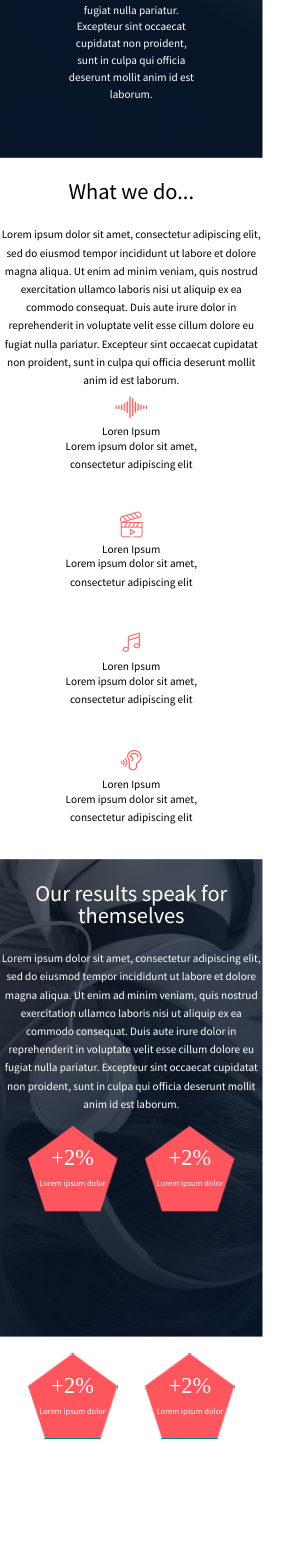
Repository: seleniadelgado/holbertonschool-web_front_end
Page: 0x09-implement_a_design_from_scratch/2-index.html
The author's editor kept a copy of each file at every save. The page is drawn from the files as they stood at one save, then again after the next save.
The browser window is 375 px wide. The page is 434 px wide, so the pictures cover 434 px, including what lies to the right of the window. The pictures show the part of the page from y = 928 to 3168 px (the page is 3168 px tall), at 70% of full size.

Above is the page before, as saved 2020-03-23 14:13:09.

### 0x09-implement_a_design_from_scratch/2-index.html
<!DOCTYPE <!DOCTYPE html>
<head>
    <meta charset="utf-8">
    <title>Headphones</title>
    <meta name="description" content="">
    <meta name="viewport" content="width=device-width, initial-scale=1">
    <link rel="stylesheet" href="2-styles.css">
    <link rel="stylesheet" href="reset.css">
    <link rel="stylesheet" href="./holberton_school-icon/style.css">
    <link href="https://fonts.googleapis.com/css?family=Source+Sans+Pro&display=swap" rel="stylesheet">
</head>
<body>
<!-- nav bar -->
    <header>
        <div class="firstdiv">
            <nav>
                <input type="checkbox" id="menu">
                <label for="menu" id="nav-icon"></label>
                <div class="logo"><img href="active" href="#home"><img src="./images/logo_headphones.png" alt="logo"></a></div>
                <div class="main-nav">
                    <ul class="nav-header">
                        <li><a href="#what-we-do">what we do</a></li>
                        <li><a href="#our-results">our results</a></li>
                        <li><a href="#contact-us">contact us</a></li>
                    </ul>
                </div>
            </nav>
        </div>
<!-- Content -->
        <div class="seconddiv">
            <div class="text">
                <h1>Lorem ipsum dolor sit amet, consectetur adipiscing elit.</h1>
                <p>Lorem ipsum dolor sit amet, consectetur adipiscing elit, </p>
            </div>
        </div>
        <div class="thirddiv">
        <button id="button">CALL TO ACTION</button>
        <p class="longParagraph">Lorem ipsum dolor sit amet, consectetur adipiscing elit, sed do eiusmod tempor incididunt ut labore et dolore magna aliqua.
            Ut enim ad minim veniam, quis nostrud exercitation ullamco laboris nisi ut aliquip ex ea commodo consequat.
            Duis aute irure dolor in reprehenderit in voluptate velit esse cillum dolore eu fugiat nulla pariatur. Excepteur sint occaecat cupidatat non proident,
            sunt in culpa qui officia deserunt mollit anim id est laborum.</p>
            </div>
        </div>
    </div>
    </header>
    <div id="whatWeDo">
        <div class="content">
            <h1>What we do...</h1>
            <p> Lorem ipsum dolor sit amet, consectetur adipiscing elit, sed do eiusmod tempor incididunt ut labore et dolore magna aliqua.
                Ut enim ad minim veniam, quis nostrud exercitation ullamco laboris nisi ut aliquip ex ea commodo consequat.
                Duis aute irure dolor in reprehenderit in voluptate velit esse cillum dolore eu fugiat nulla pariatur. Excepteur sint occaecat cupidatat non proident,
                sunt in culpa qui officia deserunt mollit anim id est laborum.
            </p>
            <div class="grid">
                <div>
                    <div class="icon, item holberton_school-icon-ic_sound"></div>
                    <h6>Loren Ipsum</h6>
                    <p>Lorem ipsum dolor sit amet,<br> consectetur adipiscing elit</p>
                </div>
                <div>
                    <div class="icon, item holberton_school-icon-ic_video"></div>
                    <h6>Loren Ipsum</h6>
                    <p>Lorem ipsum dolor sit amet, <br>consectetur adipiscing elit</p>
                </div>
                <div>
                    <div class="icon, item holberton_school-icon-ic_music"></div>
                    <h6>Loren Ipsum</h6>
                    <p>Lorem ipsum dolor sit amet, <br>consectetur adipiscing elit</p>
                </div>
                <div>
                    <div class="icon, item holberton_school-icon-ic_hearing"></div>
                    <h6>Loren Ipsum</h6>
                    <p>Lorem ipsum dolor sit amet, <br>consectetur adipiscing elit</p>
                </div>
            </div>
        </div>
    </div>
    <div id="our-results">
        <div class="summary">
            <h1>Our results speak for themselves</h1>
            <p>Lorem ipsum dolor sit amet, consectetur adipiscing elit, sed do eiusmod tempor incididunt ut labore et dolore magna aliqua.
                Ut enim ad minim veniam, quis nostrud exercitation ullamco laboris nisi ut aliquip ex ea commodo consequat.
                Duis aute irure dolor in reprehenderit in voluptate velit esse cillum dolore eu fugiat nulla pariatur. Excepteur sint occaecat cupidatat non proident,
                sunt in culpa qui officia deserunt mollit anim id est laborum.
            </p>
            <div class="grid">
                <div class="component">
                    <h2>+2%</h2>
                    <p>Lorem ipsum dolor</p>
                </div>
                <div class="component">
                    <h2>+2%</h2>
                    <p>Lorem ipsum dolor</p>
                </div>
                <div class="component">
                    <h2>+2%</h2>
                    <p>Lorem ipsum dolor</p>
                </div>
                <div class="component">
                    <h2>+2%</h2>
                    <p>Lorem ipsum dolor</p>
                </div>
            </div>
        </div>
    </div>
</body>
</html>

### 0x09-implement_a_design_from_scratch/2-styles.css

:root {
    --font-size-sm: 12px;
    --font-size-md: 16px;
    --font-size-lg: 32px;
    --font-size-xl: 48px;
    --font-size-button: 14px;
    --color-primary-red: #FF6565;
    --color-body-white: white;
    --color-body-black: black;
    --font-family: 'Source Sans Pro', sans-serif;
}

/* header */
html {
    width: 100%;
}

header {
    width: 100%;
    background: transparent;
    position: relative;
    color: var(--color-body-white);
    background-image: url("images/headphones_hero_1.jpg");
    background-repeat: no-repeat;
    background-size: cover;
    font-family: var(--font-family);
}

header .firstdiv {
    justify-content: space-between;
    align-content: space-between;
    padding: 2rem;
    flex-wrap: wrap;
}

header .firstdiv nav {
    width: 100%;
    display: flex;
    justify-content: space-between;
    align-content: space-between;
    position: relative;
}

a {
    margin: auto 1.25rem;
    color: var(--color-body-white);
    text-decoration: none;
    font-family: var(--font-family);
}

a:hover, a:active {
    color: var(--color-primary-red)
}

#menu {
    display: none;
    position: absolute;
}

#nav-icon {
    display: none;
    position: absolute;
}

.logo {
    float: left;
}

.nav-header {
    display: inline-flex;
    margin: auto 0;
    list-style-type: none;
    font-size: var(--font-size-sm);
    font-weight: bolder;
    font-family: var(--font-family);
}

.main-nav ul {
    border: 6px transparent solid;
    justify-content: space-between;
}

.main-nav ul li a {
    border: 4px transparent solid;
    font-family: var(--font-family);

}

/* nav */
.seconddiv {
    text-align: center;
}

.thirddiv {
    text-align: center;
}

/*text */
.text {
    padding-top: 20%;
    text-align: center;
    line-height: 32px;
}

.text h1 {
    font-size: var(--font-size-md);
    color: var(--color-body-white);
}

.text p {
    font: var(--font-size-sm);
    color: var(--color-body-white);
}

/* button */
#button {
    padding: 15px;
    margin-top: 40px;
    margin-bottom: 60px;
    border-radius: 4em;
    background-color: #FF6565;
    box-shadow: var(--color-body-black);
    border-style: none;
    color: var(--color-body-white);
    font-weight: bolder;
}

#button:hover {
    opacity: 0.9;
}

/* end button */

/* start longparagraph */
.longParagraph {
    display: flex;
    margin: auto;
    margin: 0% 25% 0% 25%;
    line-height: 24px;
    font-family: var(--font-family);
    font-size: var(--font-size-md);
    color: var(--color-body-white);
    padding-bottom: 5em;
}
/* end longparagraph */

/* media query for screens less than 480px */
@media (max-width: 480px)
{
    header nav {
      flex-direction: column;
      align-items: center;
    }

    .logo {
      width: 50%;
      height: auto;
      display: flex;
      text-align: center;
    }

    .nav-header {
      display: none;
      width: 100%;
      flex-direction: column;
      margin: 1rem auto;
      text-align: center;
      font-weight: bold;
      font-size: var(--font-size-btn);
      float: right;
      display: inline-flex;
      margin-right: 10%;
    }

    .nav-header li {
      width: 100%;
      margin: 0.5rem auto;
      padding-right: 50px;
      font-family: var(--font-family);
    }

    #nav-icon {
        background: var(--color-body-white);
        height: 2px;
        width: 13px;
        position: absolute;
        left: 1rem;
        top: 18px;
        display: block;
    }

    #nav-icon::before {
        content: "";
        background: var(--color-body-white);
        height: 2px;
        width: 20px;
        position: relative;
        top: -0.4rem;
        display: block;
        transition: all 0.2s ease;
    }

    #nav-icon::after {
        content: "";
        background: var(--color-body-white);
        height: 2px;
        width: 18px;
        position: relative;
        top: 0.3rem;
        display: block;
        transition: all 0.2s ease;
    }

    #menu:checked ~ .nav-header {
        display: inline-flex;
    }

    #menu:checked ~ #nav-icon {
        background: transparent;
    }

    #menu:checked ~ #nav-icon::before {
        transform: rotate(45deg);
        top: 3px;
        margin: auto;
    }

    #menu:checked ~ #nav-icon::after {
        width: 20px;
        transform: rotate(-45deg);
        top: 1px;
        margin: auto;
    }
}

.text {
    font-family: var(--font-family);
    line-height: 24px;
}

.text h1 {
    font-size: var(--font-size-lg);
    margin-bottom: 10;
    line-height: 32px;;
}

.text p {
    font-size: var(--font-size-md);
}

/* menu btn ends */
.content {
    display: grid;
    text-align: center;
    font-family: var(--font-family);
    margin-bottom: 20em;
}

.grid {
    display: flex;
    flex-wrap: wrap;
    justify-content: space-evenly;
    height: 100%
}

.grid p {
    padding-bottom: 3em;
}

.item {
    color: var(--color-primary-red);
    font-size: var(--font-size-xl);
    margin: 2px;
}

.item h6, p {
    color: var(--color-body-black);
    font-size: var(--font-size-sm);
    margin-bottom: 5px;
}

#whatWeDo {
    margin-top: 2em;
    font-family: var(--font-family);
    margin-bottom: none;
}
.content {
    margin-bottom: 0;
}

.content h1 {
    font-size: var(--font-size-lg);
    margin-bottom: 1em;
}

.content p {
    text-align: center;
    font-size: var(--font-size-md);
    line-height: 26px;
}

#our-results {
    padding-top: 2em;
    background-image: url(images/headphones_hero_2.jpg);
    background-repeat: no-repeat;
    color: var(--color-body-white);
    display: flex;
}
.summary {
    margin-bottom: 0;
}

.summary h1 {
    text-align: center;
    color: var(--color-body-white);
    font-family: var(--font-family);
    font-size: var(--font-size-lg);
    margin-bottom: 1em;
}

.summary p {
    color: var(--color-body-white);
    font-family: var(--font-family);
    font-size: var(--font-size-md);
    line-height: 26px;
    text-align: center;
}
.results h2 {
    position: absolute;
    text-align: center;
    left: 50%;
    transform: translate(-50%, -50%);
}
.grid {
    margin-top: 0;
}
@media (max-width: 1200px) {
    #our-results {
      background-position: 45%;
    }
  }
  @media (max-width: 480px) {
    #our-results {
      background-position: 25%;
      margin-bottom: 0;
    }
  }
#our-results .grid .component {
    background-image: url(images/pentagone.png);
    background-repeat: no-repeat;
    background-size: contain;
    background-position: center;
    height: 10rem;
    width: 8rem;
    padding: 0;
    position: relative;
}
#our-results .grid .component h2 {
    font-size: var(--font-size-lg);
    position: relative;
    top: 30%;
    text-align: center;
}
#our-results .grid .component p {
    position: relative;
    font-size: var(--font-size-sm);
    text-align: center;
    top: 35%;
}

### 0x09-implement_a_design_from_scratch/holberton_school-icon/style.css
@font-face {
  font-family: 'holberton_school-icon';
  src:  url('fonts/holberton_school-icon.eot?sq4eq4');
  src:  url('fonts/holberton_school-icon.eot?sq4eq4#iefix') format('embedded-opentype'),
    url('fonts/holberton_school-icon.ttf?sq4eq4') format('truetype'),
    url('fonts/holberton_school-icon.woff?sq4eq4') format('woff'),
    url('fonts/holberton_school-icon.svg?sq4eq4#holberton_school-icon') format('svg');
  font-weight: normal;
  font-style: normal;
  font-display: block;
}

[class^="holberton_school-icon-"], [class*=" holberton_school-icon-"] {
  /* use !important to prevent issues with browser extensions that change fonts */
  font-family: 'holberton_school-icon' !important;
  speak: none;
  font-style: normal;
  font-weight: normal;
  font-variant: normal;
  text-transform: none;
  line-height: 1;

  /* Better Font Rendering =========== */
  -webkit-font-smoothing: antialiased;
  -moz-osx-font-smoothing: grayscale;
}

.holberton_school-icon-arrow_1:before {
  content: "\e900";
}
.holberton_school-icon-arrow_2:before {
  content: "\e901";
}
.holberton_school-icon-arrow_3:before {
  content: "\e902";
}
.holberton_school-icon-arrow_4:before {
  content: "\e903";
}
.holberton_school-icon-arrow_5:before {
  content: "\e904";
}
.holberton_school-icon-check:before {
  content: "\e905";
}
.holberton_school-icon-ic_bag:before {
  content: "\e906";
}
.holberton_school-icon-ic_cart:before {
  content: "\e907";
}
.holberton_school-icon-ic_facebook:before {
  content: "\e908";
}
.holberton_school-icon-ic_hearing:before {
  content: "\e909";
}
.holberton_school-icon-ic_instagram:before {
  content: "\e90a";
}
.holberton_school-icon-ic_laptop:before {
  content: "\e90b";
}
.holberton_school-icon-ic_money:before {
  content: "\e90c";
}
.holberton_school-icon-ic_music:before {
  content: "\e90d";
}
.holberton_school-icon-ic_sound:before {
  content: "\e90e";
}
.holberton_school-icon-ic_twitter:before {
  content: "\e90f";
}
.holberton_school-icon-ic_video:before {
  content: "\e910";
}
.holberton_school-icon-menu:before {
  content: "\e911";
}
.holberton_school-icon-search_1:before {
  content: "\e912";
}
.holberton_school-icon-search_2:before {
  content: "\e913";
}
.holberton_school-icon-star:before {
  content: "\e914";
}

Loaded but not shown: 0x09-implement_a_design_from_scratch/reset.css (common file)

After the next save:
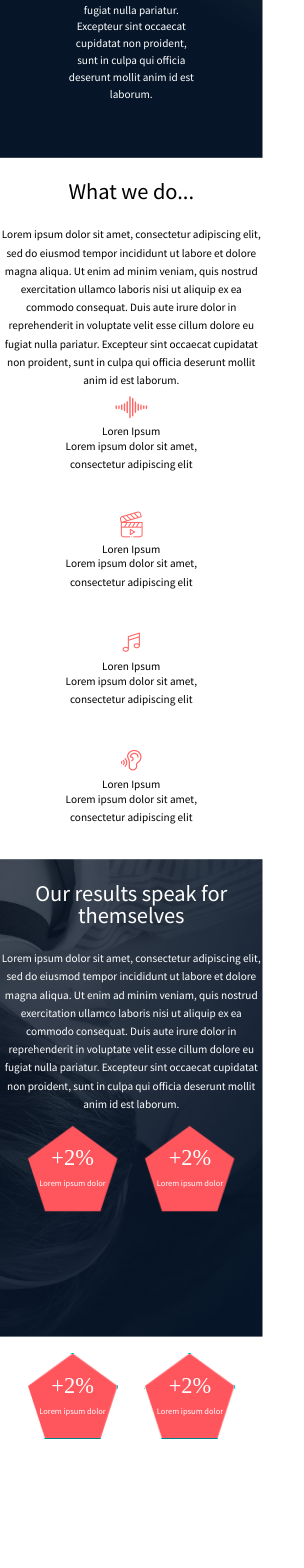
Saved 15 s later.
--- a/0x09-implement_a_design_from_scratch/2-styles.css
+++ b/0x09-implement_a_design_from_scratch/2-styles.css
@@ -342,7 +342,7 @@ a:hover, a:active {
   }
   @media (max-width: 480px) {
     #our-results {
-      background-position: 25%;
+      background-position: 50%;
       margin-bottom: 0;
     }
   }
